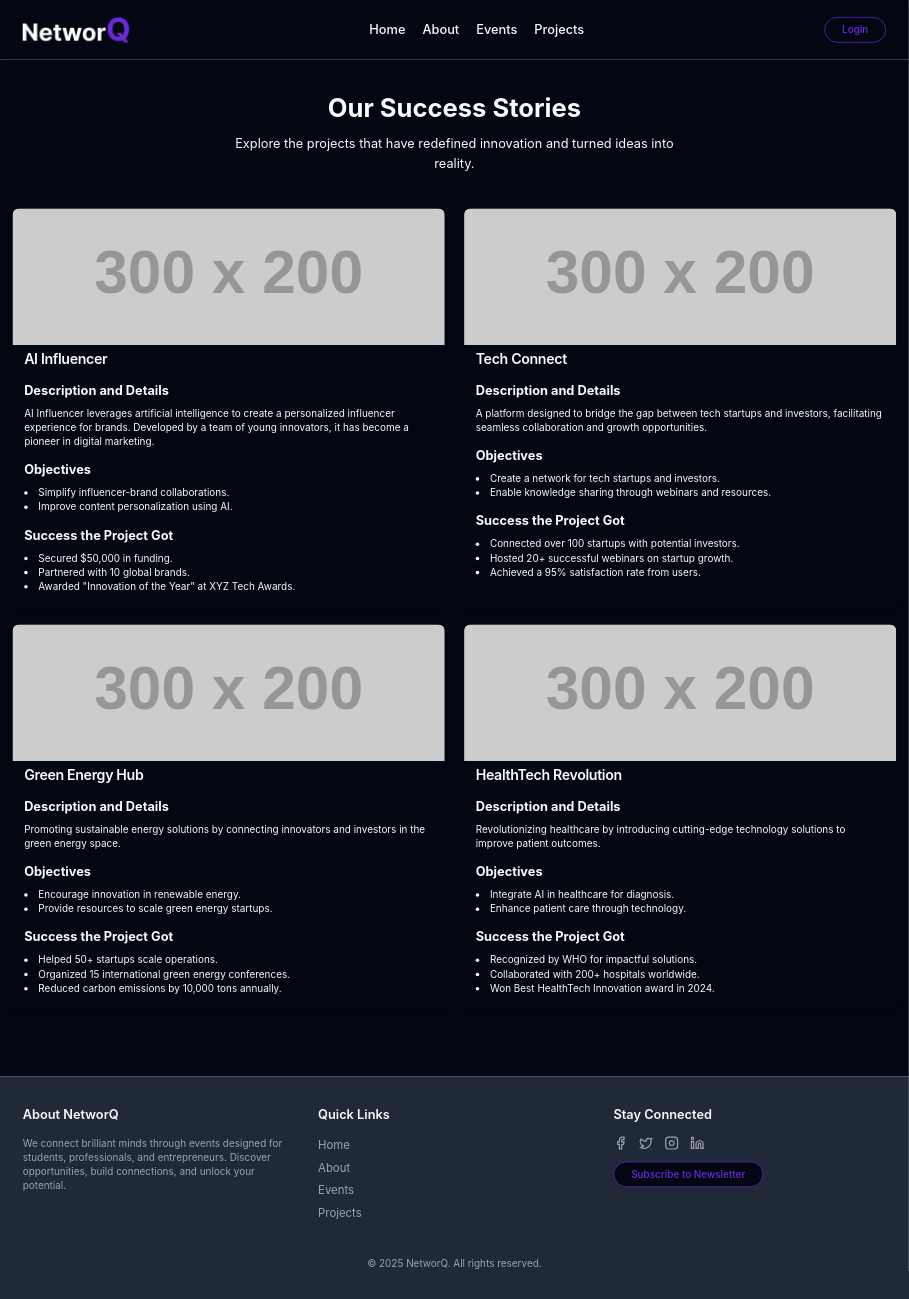
Repository: Wahab3917/Red-Pill-Coders-Hackathon-Submission
Page: /projects (app in frontend/)
These files come from the project's save history. The page is drawn as it stood at one moment and after the next save; the edit follows.
The browser window is 1280 px wide. The pictures show the whole page, at 71% of full size.
The project was rebuilt for these pictures with package versions that can differ from the ones it lists, and the page was loaded fresh each time. Also part of the build but not shown: frontend/vite.config.js, frontend/src/layouts/AuthLayout.jsx, frontend/src/pages/Home.jsx, frontend/src/pages/About.jsx, frontend/src/pages/Event.jsx.

Above is the page before, as saved 2025-01-25 13:17:08.

After the next save:
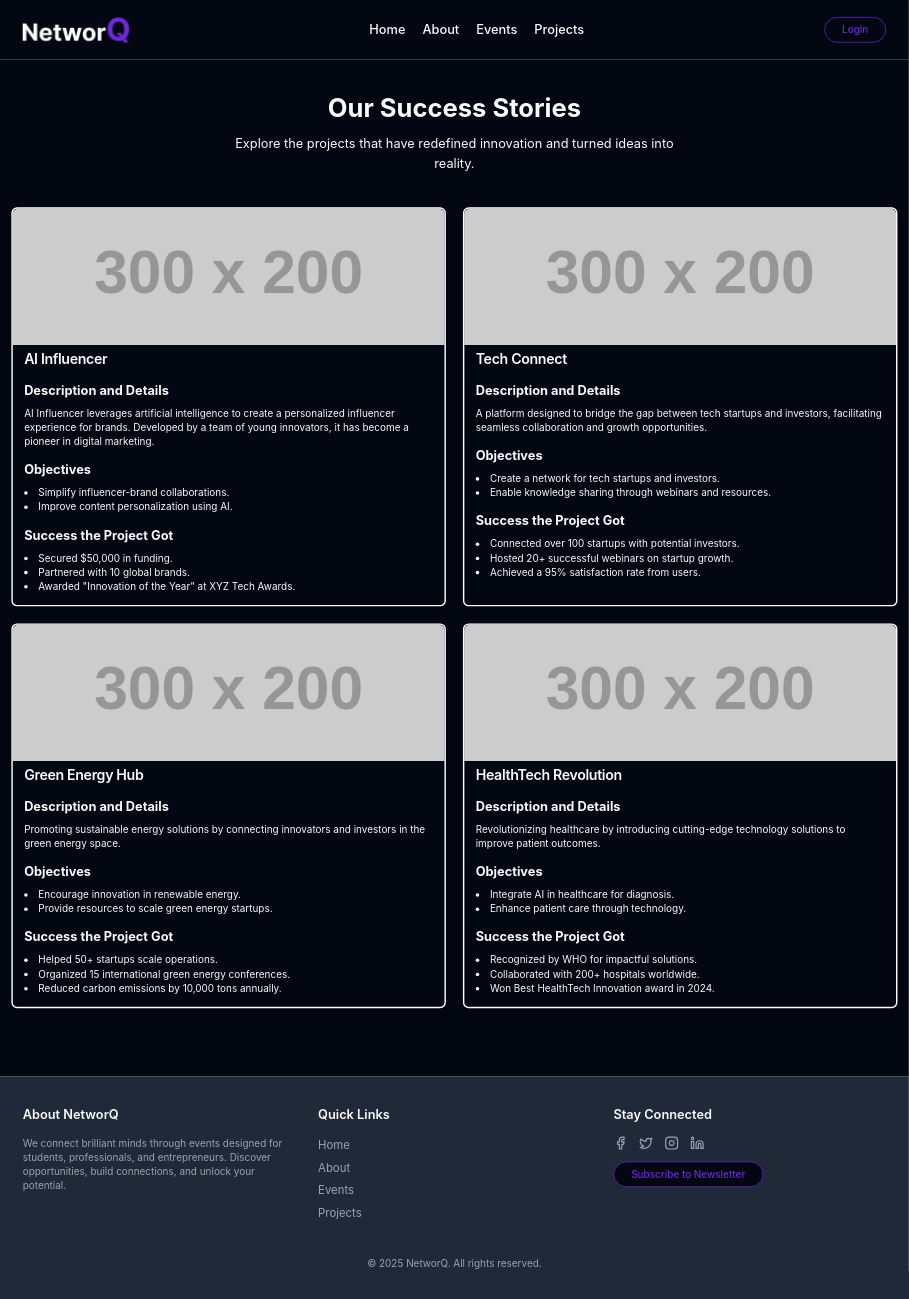
Saved 98 s later.
--- a/frontend/src/pages/Project.jsx
+++ b/frontend/src/pages/Project.jsx
@@ -85,7 +85,7 @@ export default function ProjectsPage() {
                 {projectsData.map((project, index) => (
                   <Card
                     key={index}
-                    className="rounded-lg shadow-lg hover:shadow-xl border-2 border-transparent hover:border-primary transition duration-300"
+                    className="rounded-lg shadow-lg hover:shadow-xl border-2 border-white hover:border-primary transition duration-300"
                   >
                     <CardHeader className="p-0">
                       {/* Project Image */}
